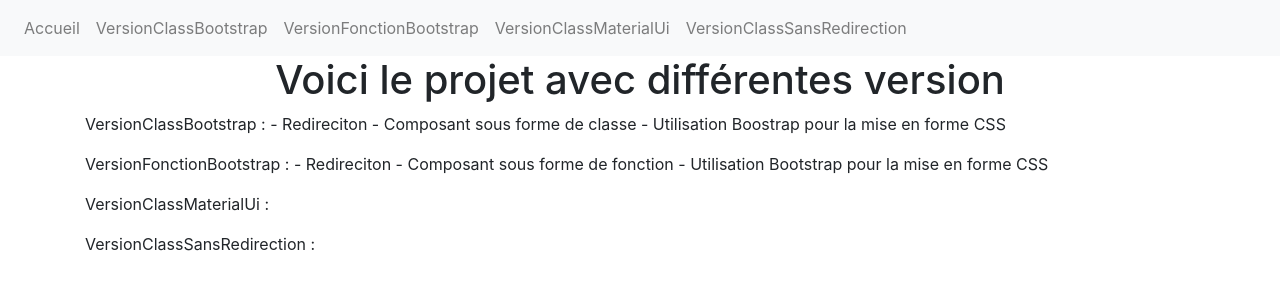
Repository: LudovicB21/CountryTest
Page: /
An editor plug-in stored every save of this project. The page is shown before and after the next save, followed by the edit.
The browser window is 1280 px wide. The pictures show the whole page.
The project was rebuilt for these pictures with package versions that can differ from the ones it lists, and the page was loaded fresh each time. Also part of the build but not shown: src/components/VersionClassBootstrap/ListPays.components.js, src/components/VersionClassMaterialUi/ListPays.components.js, src/components/VersionFonctionBoostrap/ListPays.components.js, src/components/VersionSansRedirection/ListPays.component.js, src/components/VersionClassBootstrap/InfoPays.components.js, src/components/VersionClassMaterialUi/InfoPays.components.js, src/components/VersionFonctionBoostrap/InfoPays.components.js.

Above is the page before, as saved 2020-10-29 12:16:43.

### public/index.html
<!DOCTYPE html>
<html lang="en">
  <head>
    <meta charset="utf-8" />
    <link rel="icon" href="%PUBLIC_URL%/favicon.ico" />
    <link rel="stylesheet" href="https://cdn.jsdelivr.net/npm/bootstrap@4.5.3/dist/css/bootstrap.min.css" integrity="sha384-TX8t27EcRE3e/ihU7zmQxVncDAy5uIKz4rEkgIXeMed4M0jlfIDPvg6uqKI2xXr2" crossorigin="anonymous">
    <meta name="viewport" content="width=device-width, initial-scale=1" />
    <meta name="theme-color" content="#000000" />
    <meta
      name="description"
      content="Web site created using create-react-app"
    />
    <link rel="apple-touch-icon" href="%PUBLIC_URL%/logo192.png" />
    <!--
      manifest.json provides metadata used when your web app is installed on a
      user's mobile device or desktop. See https://developers.google.com/web/fundamentals/web-app-manifest/
    -->
    <link rel="manifest" href="%PUBLIC_URL%/manifest.json" />
    <link
      rel="stylesheet"
      href="https://maxcdn.bootstrapcdn.com/bootstrap/4.5.0/css/bootstrap.min.css"
      integrity="sha384-9aIt2nRpC12Uk9gS9baDl411NQApFmC26EwAOH8WgZl5MYYxFfc+NcPb1dKGj7Sk"
      crossorigin="anonymous"
    />
    <link rel="stylesheet" href="https://cdn.jsdelivr.net/npm/bootstrap@4.5.3/dist/css/bootstrap.min.css" integrity="sha384-TX8t27EcRE3e/ihU7zmQxVncDAy5uIKz4rEkgIXeMed4M0jlfIDPvg6uqKI2xXr2" crossorigin="anonymous">

    <!--
      Notice the use of %PUBLIC_URL% in the tags above.
      It will be replaced with the URL of the `public` folder during the build.
      Only files inside the `public` folder can be referenced from the HTML.

      Unlike "/favicon.ico" or "favicon.ico", "%PUBLIC_URL%/favicon.ico" will
      work correctly both with client-side routing and a non-root public URL.
      Learn how to configure a non-root public URL by running `npm run build`.
    -->
    <title>React App</title>
  </head>
  <body>
    <noscript>You need to enable JavaScript to run this app.</noscript>
    <div id="root"></div>
    <!--
      This HTML file is a template.
      If you open it directly in the browser, you will see an empty page.

      You can add webfonts, meta tags, or analytics to this file.
      The build step will place the bundled scripts into the <body> tag.

      To begin the development, run `npm start` or `yarn start`.
      To create a production bundle, use `npm run build` or `yarn build`.
    -->
  </body>
</html>

### src/App.js
import React from 'react';
import './App.css';
import ListPays from "./components/VersionClassBootstrap/ListPays.components"
import ListPaysMaterial from "./components/VersionClassMaterialUi/ListPays.components"
import ListPaysFonction from "./components/VersionFonctionBoostrap/ListPays.components"
import ListPaysSansRedirection from "./components/VersionSansRedirection/ListPays.component"
import Accueil from "./components/Accueil"
import { BrowserRouter as Router, Route, Switch} from 'react-router-dom'
import InfoPays from "./components/VersionClassBootstrap/InfoPays.components"
import InfosPaysMaterial from "./components/VersionClassMaterialUi/InfoPays.components"
import InfoPaysFonction from "./components/VersionFonctionBoostrap/InfoPays.components"
import Nav from "./components/Navigation"
function App() {
  return (
    <div className="App">
        <Router>
          <Nav />
          <Switch>
            <Route path="/"  exact component={Accueil} />
            <Route path="/VersionClassBootstrap" exact component={ListPays} />
            <Route path="/VersionFonctionBoostrap" exact component={ListPaysFonction} />
            <Route path="/VersionClassMaterialUi" exact component={ListPaysMaterial} />
            <Route path="/VersionSansRedirection" exact component={ListPaysSansRedirection} />
            <Route path="/VersionClassMaterialUi/:id" component={InfosPaysMaterial} />
            <Route path="/VersionClassBootstrap/:id"  component={InfoPays }/>
            <Route path="/VersionFonctionBoostrap/:id" component={InfoPaysFonction} />
          </Switch>
        </Router>
    </div>
  );
}

export default App;

### src/components/Accueil.js
import React, { Component } from 'react'

class Accueil extends Component {
    render() {
        return (
            <div className="container">
                <h1> Voici le projet avec différentes version  </h1>
                <div style={{textAlign: "left"}}>
                    <p> VersionClassBootstrap :{"\n"}
                        - Redireciton
                        - Composant sous forme de classe
                        - Utilisation Boostrap pour la mise en forme CSS
                    </p>
                    <p> VersionFonctionBootstrap :{"\n"}
                        - Redireciton
                        - Composant sous forme de fonction
                        - Utilisation Bootstrap pour la mise en forme CSS
                    </p>
                    <p> VersionClassMaterialUi :{"\n"}</p>
                    <p> VersionClassSansRedirection :</p>
                </div>
            </div>
        )
    }
}

export default Accueil

### src/components/Navigation.js
import React, { Component } from 'react';
import { Link } from 'react-router-dom';

class Navigation extends Component {
    render() {
        return (
            <nav className="navbar navbar-expand-lg navbar-light bg-light">
            <button className="navbar-toggler" type="button" data-toggle="collapse" data-target="#navbarNav" aria-controls="navbarNav" aria-expanded="false" aria-label="Toggle navigation">
                <span className="navbar-toggler-icon"></span>
            </button>
            <div className="collapse navbar-collapse" id="navbarNav">
                <ul className="navbar-nav">
                    <Link to="/">
                        <li className="nav-item">
                            <a className="nav-link">Accueil</a>
                        </li>
                    </Link>
                    <Link to="/VersionClassBootstrap">
                        <li className="nav-item">
                            <a className="nav-link">VersionClassBootstrap</a>
                        </li>
                    </Link>
                    <Link to="/VersionFonctionBoostrap">
                        <li className="nav-item">
                            <a className="nav-link">VersionFonctionBootstrap</a>
                        </li>
                    </Link>
                    <Link to="/VersionClassMaterialUi">
                        <li className="nav-item">
                            <a className="nav-link">VersionClassMaterialUi</a>
                        </li>
                    </Link>
                    <Link to="/VersionSansRedirection">
                        <li className="nav-item">
                            <a className="nav-link">VersionClassSansRedirection</a>
                        </li>
                    </Link>
                </ul>
            </div>
            </nav>
        )
    }
}

export default Navigation

Loaded but not shown: src/index.js (common file); src/index.css (common file); src/serviceWorker.js (common file); src/App.css (common file)

After the next save:
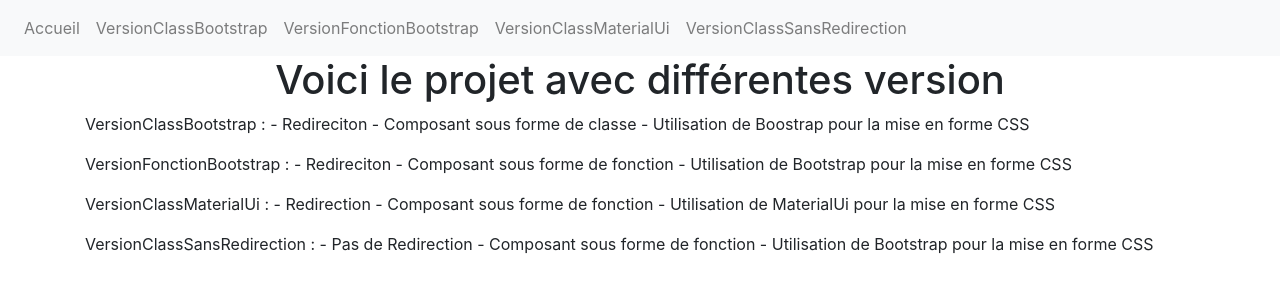
Saved 98 s later.
--- a/src/components/Accueil.js
+++ b/src/components/Accueil.js
@@ -9,15 +9,23 @@ class Accueil extends Component {
                     <p> VersionClassBootstrap :{"\n"}
                         - Redireciton
                         - Composant sous forme de classe
-                        - Utilisation Boostrap pour la mise en forme CSS
+                        - Utilisation de Boostrap pour la mise en forme CSS
                     </p>
                     <p> VersionFonctionBootstrap :{"\n"}
                         - Redireciton
                         - Composant sous forme de fonction
-                        - Utilisation Bootstrap pour la mise en forme CSS
+                        - Utilisation de Bootstrap pour la mise en forme CSS
                     </p>
-                    <p> VersionClassMaterialUi :{"\n"}</p>
-                    <p> VersionClassSansRedirection :</p>
+                    <p> VersionClassMaterialUi :{"\n"}
+                        - Redirection
+                        - Composant sous forme de fonction
+                        - Utilisation de MaterialUi pour la mise en forme CSS
+                    </p>
+                    <p> VersionClassSansRedirection :{"\n"}
+                        - Pas de Redirection
+                        - Composant sous forme de fonction
+                        - Utilisation de Bootstrap pour la mise en forme CSS
+                    </p>
                 </div>
             </div>
         )
